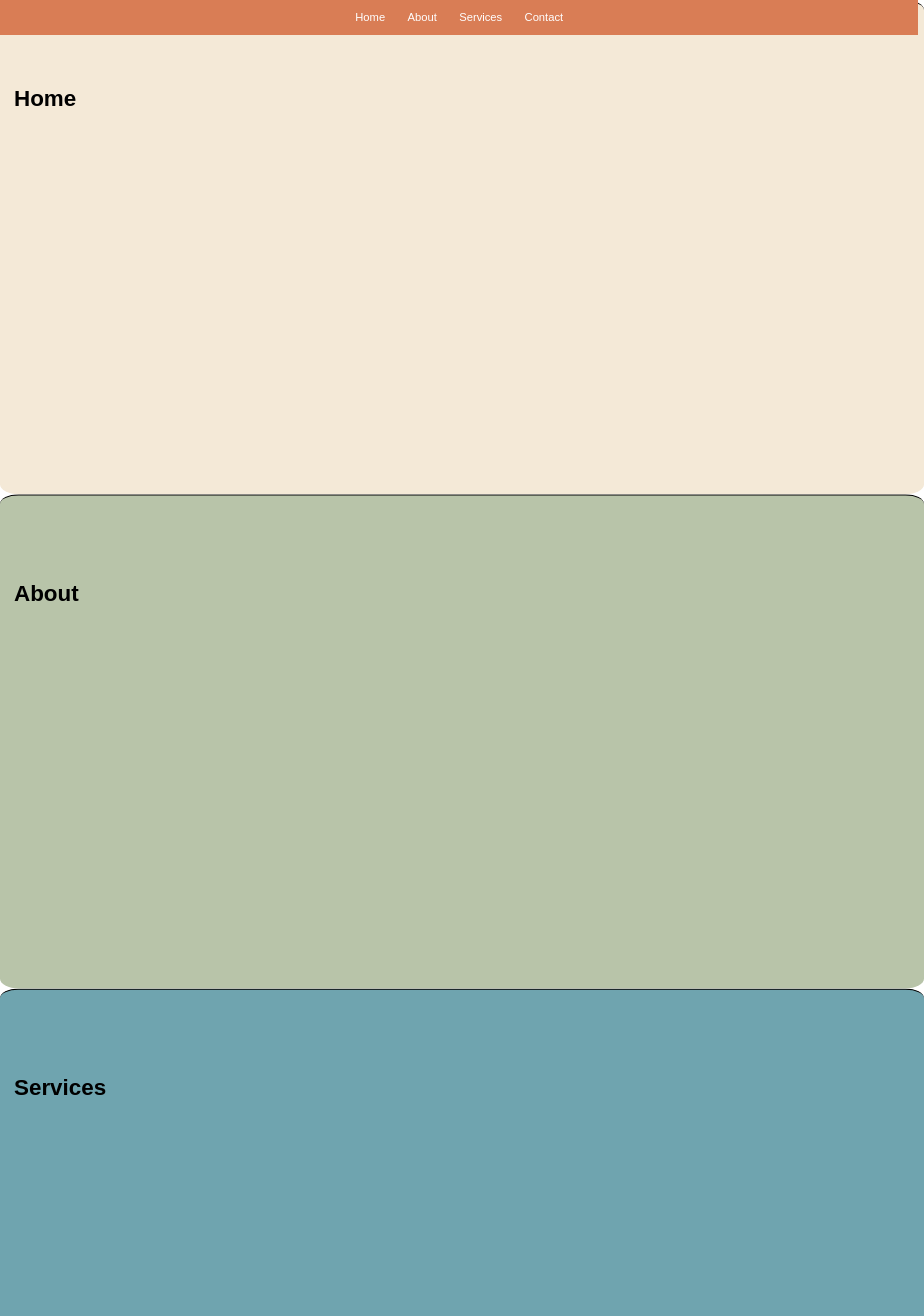
Repository: danichimescu/tema_unu_
Page: index.html
The author's editor kept a copy of each file at every save. The page is drawn from the files as they stood at one save, then again after a run of saves.
The browser window is 1280 px wide. The page is 1320 px wide, so the pictures cover 1320 px, including what lies to the right of the window. The pictures show the part of the page from y = 0 to 1880 px (the page is 2824 px tall), at 70% of full size.

Above is the page before, as saved 2025-10-06 02:01:56.

### index.html
<!DOCTYPE html>
<html lang="en">
<head>
  <meta charset="UTF-8">
  <meta name="viewport" content="width=device-width, initial-scale=1.0">
  <title>Document</title>
</head>
<body>

</body>
</html>

<!DOCTYPE html>
<html lang="en">
<head>
  <meta charset="UTF-8" />
  <meta name="viewport" content="width=device-width, initial-scale=1.0" />
  <title>Sovis Print</title>
  <script src="main.js" defer></script>
  <link rel="stylesheet" href="style.css" />
</head>

<body>

  <nav>
    <a href="#home">Home</a>
    <a href="#about">About</a>
    <a href="#services">Services</a>
    <a href="#contact">Contact</a>
  </nav>

  <div id="home" class="section">
    <div><h1>Home</h1></div>
  </div>
  <div id="about" class="section">
    <div><h1>About</h1></div>
  </div>
  <div id="services" class="section">
    <div><h1>Services</h1></div>
  </div>
  <div id="contact" class="section">
    <h1>Contact</h1>
  </div>

</body>

</html>

### style.css
/* ce e html? */
/* https://www.w3schools.com/cssref/pr_scroll-behavior.php#:~:text=This%20is%20default-,smooth,property%20to%20its%20default%20value. */

html {
    scroll-behavior: smooth;
}

body {
    font-family: sans-serif;
    margin: 0;
}

nav {
    position: fixed;
    top: 0;
    width: 100%;
    background: #D97D55;
    padding: 1rem;
    display: flex;
    justify-content: center;
    gap: 2rem;
}

nav a {
    color: white;
    text-decoration: none;
}

.section {
    padding: 100px 20px;
    /* margin-top: 60px; */
    height: 70vh;
    border-top: 2px solid black;
    width: 100%;
    border-radius: 2%;
}

#home {
    background: #F4E9D7;
}

#about {
    background: #B8C4A9;
}

#services {
    background: #6FA4AF;
}

#contact {
    background: #B18C6C;
}

Loaded but not shown: main.js (no stored copy; drawn as an empty file)

After the next 2 saves:
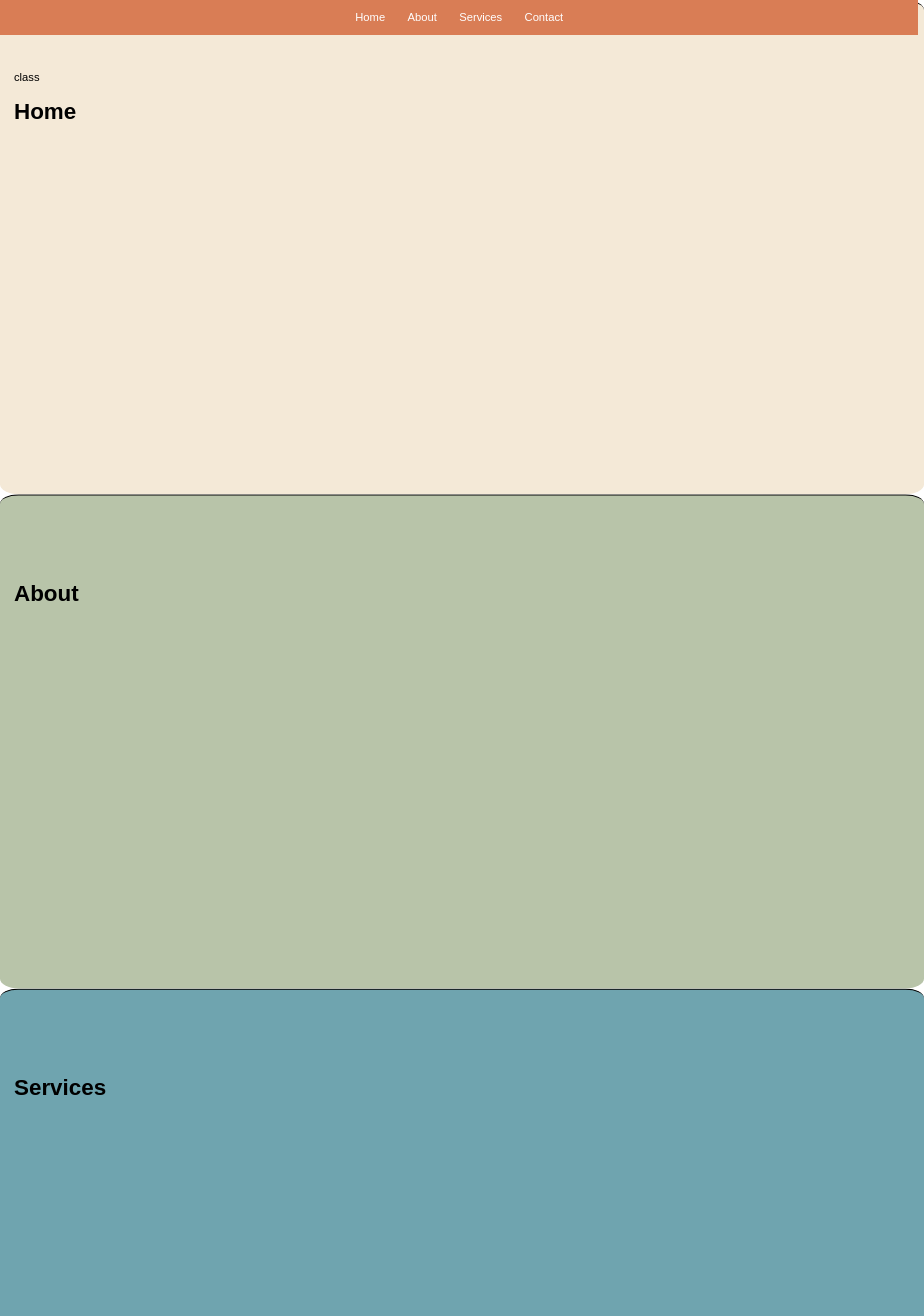
The 2 saves are shown as one change because they came seconds apart.
The last was saved 7 s later.
--- a/index.html
+++ b/index.html
@@ -30,7 +30,7 @@
   </nav>
 
   <div id="home" class="section">
-    <div><h1>Home</h1></div>
+    <div> class<h1>Home</h1></div>
   </div>
   <div id="about" class="section">
     <div><h1>About</h1></div>
@@ -39,7 +39,7 @@
     <div><h1>Services</h1></div>
   </div>
   <div id="contact" class="section">
-    <h1>Contact</h1>
+    <div><h1>Contact</h1></div>
   </div>
 
 </body>

After the 2 saves that followed:
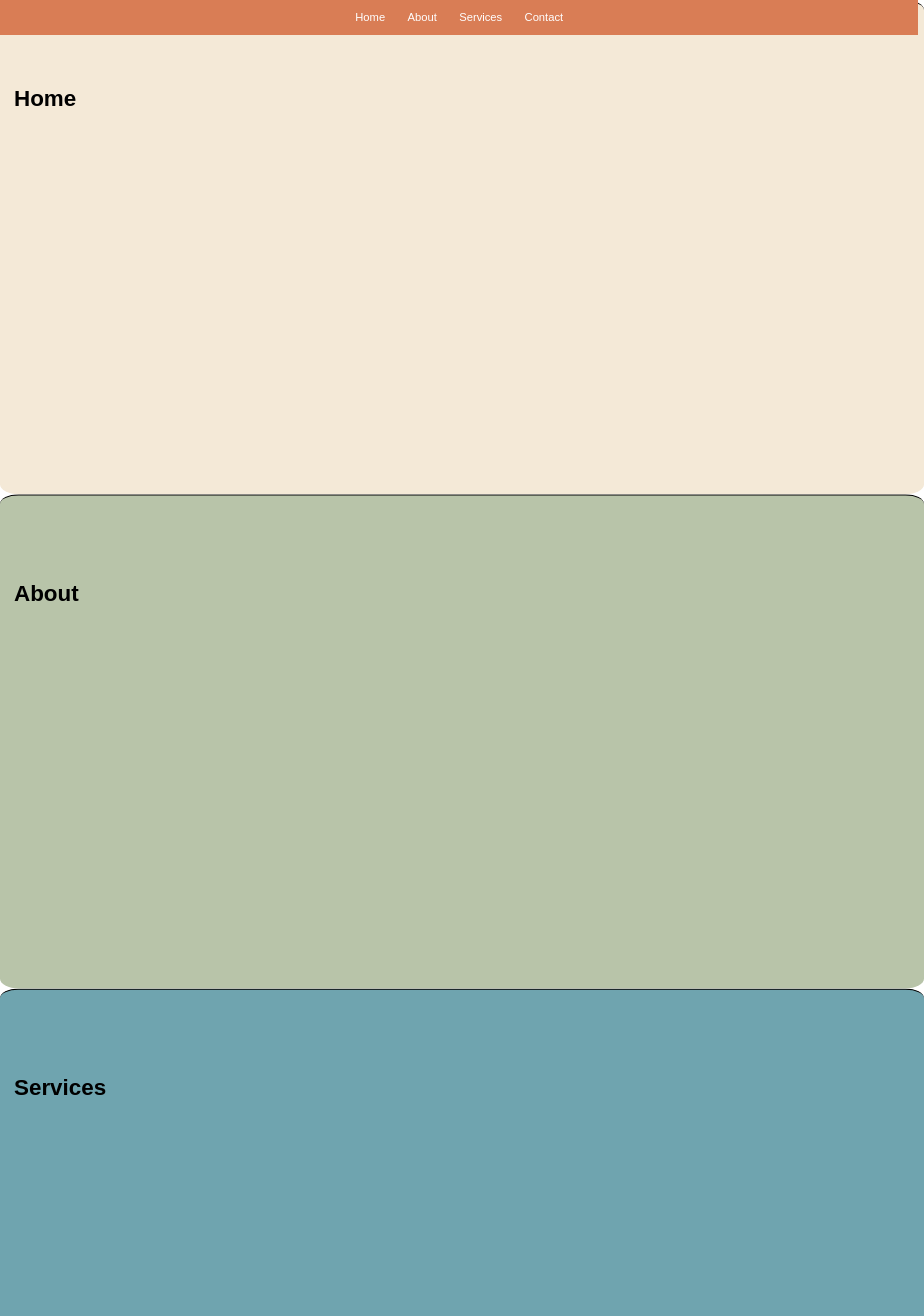
The 2 saves are shown as one change because they came seconds apart.
The last was saved 8 s later.
--- a/index.html
+++ b/index.html
@@ -30,16 +30,16 @@
   </nav>
 
   <div id="home" class="section">
-    <div> class<h1>Home</h1></div>
+    <div class="content"><h1>Home</h1></div>
   </div>
   <div id="about" class="section">
-    <div><h1>About</h1></div>
+    <div class="content"><h1>About</h1></div>
   </div>
   <div id="services" class="section">
-    <div><h1>Services</h1></div>
+    <div class="content"><h1>Services</h1></div>
   </div>
   <div id="contact" class="section">
-    <div><h1>Contact</h1></div>
+    <div class="content"><h1>Contact</h1></div>
   </div>
 
 </body>
